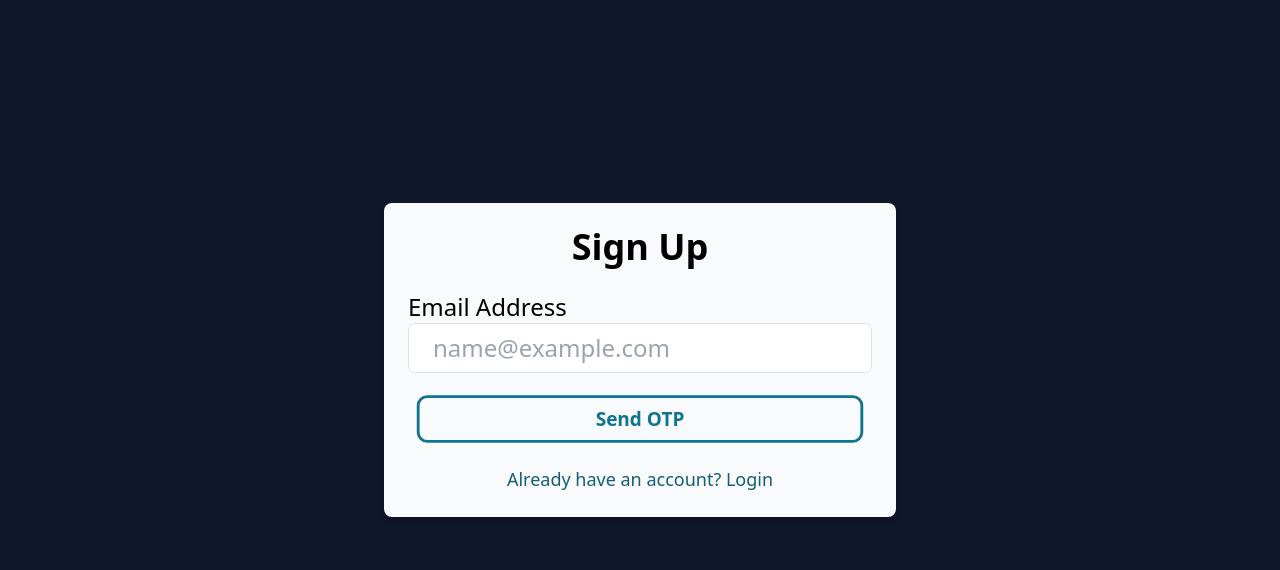
Repository: sayyad-mukthumsa-123/Movie-Verse
Page: /register (app in frontend/)
The author's editor kept a copy of each file at every save. The page is drawn from the files as they stood at one save, then again after the next save.
The browser window is 1280 px wide. The pictures show the whole page.
The page's requests for data from a server got no answer. The project was rebuilt for these pictures with package versions that can differ from the ones it lists, and the page was loaded fresh each time. No one was signed in, and anything a server would have sent is missing. Also part of the build but not shown: frontend/src/pages/Welcome.jsx, frontend/src/components/Logout.jsx, frontend/src/components/Navbar.jsx, frontend/src/components/Cards.jsx, frontend/src/pages/Home.jsx, frontend/src/pages/SignIn.jsx, frontend/src/components/AvatarSelection.jsx, frontend/src/pages/MovieRecommendations.jsx and 17 more.

Above is the page before, as saved 2025-02-18 22:49:33.

After the next save:
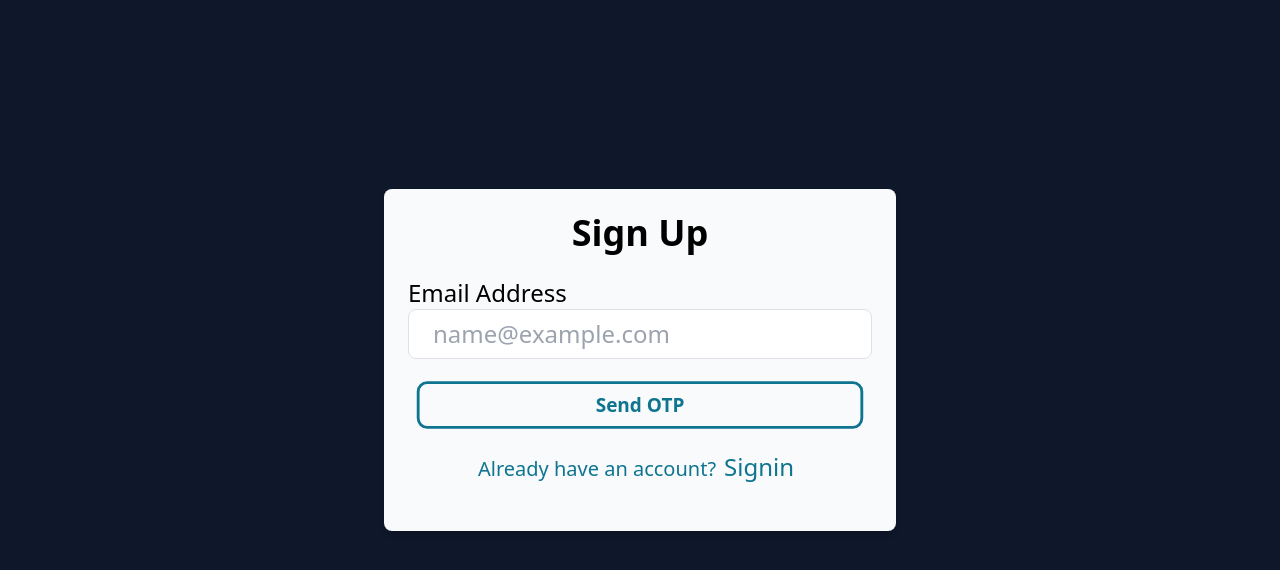
Saved 80 s later.
--- a/frontend/src/pages/SignUp.jsx
+++ b/frontend/src/pages/SignUp.jsx
@@ -162,9 +162,12 @@
             </button>
 
             <div className="mt-4 text-center">
-              <Link to="/login" className="text-cyan-800 text-lg">
-                Already have an account? Login
-              </Link>
+              <div className="text-xl mb-4 text-cyan-700">
+                Already have an account?
+                <Link to="/login" className="inline-block mx-2 text-cyan-700 hover:underline hover:scale-105 transition-transform text-2xl">
+                  Signin
+                </Link>
+              </div>
             </div>
           </>
         )}
